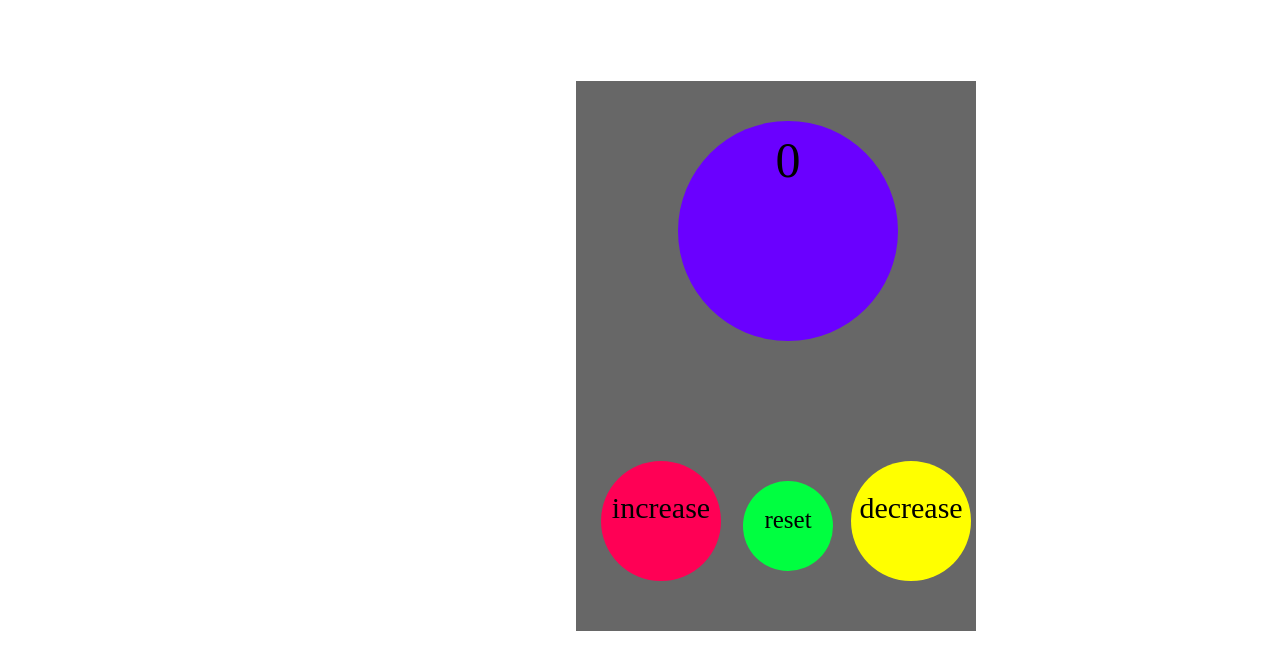
Repository: sara55m/Counter_App
Page: index.html
These files come from the project's save history. The page is drawn as it stood at one moment and after the next save; the edit follows.
The browser window is 1280 px wide. The pictures show the whole page.

Above is the page before, as saved 2024-07-30 03:49:35.

After the next save:
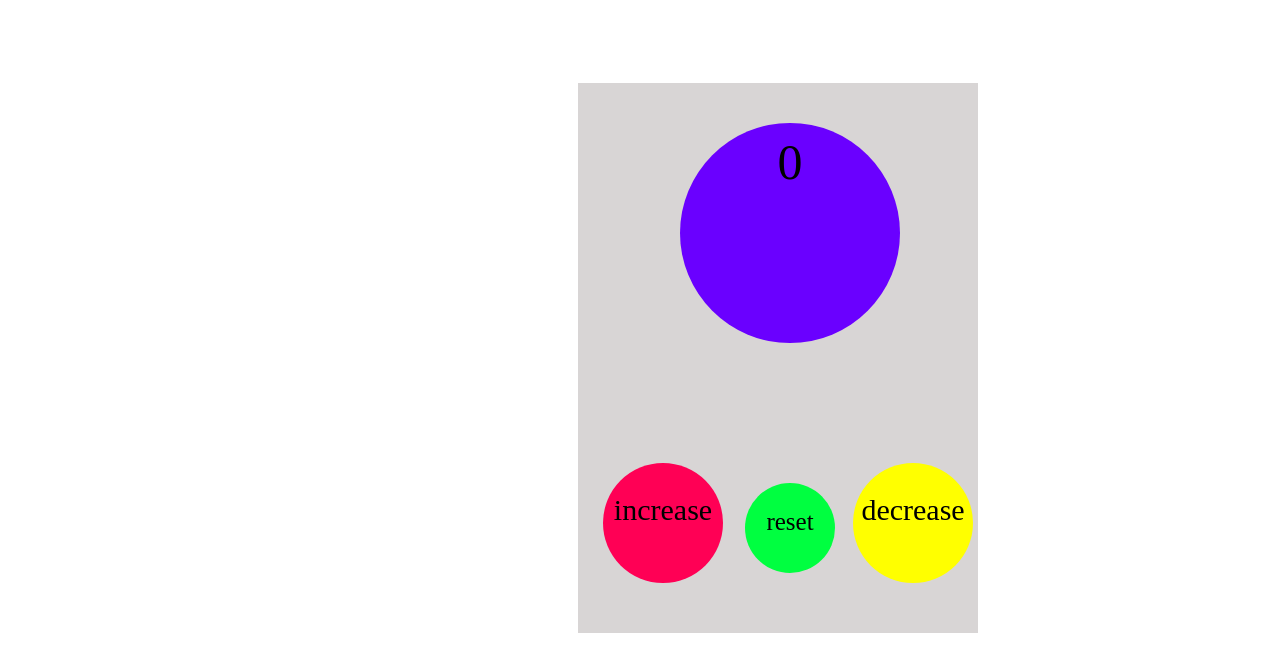
Saved 25 s later.
--- a/css/style.css
+++ b/css/style.css
@@ -4,8 +4,8 @@
     left:575px;
     height:550px;
     width:400px;
-    background-color: rgb(103, 103, 103);
-    border:1px solid white;
+    background-color: rgb(216, 213, 213);
+    border:3px solid white;
 }
 
 .main{
